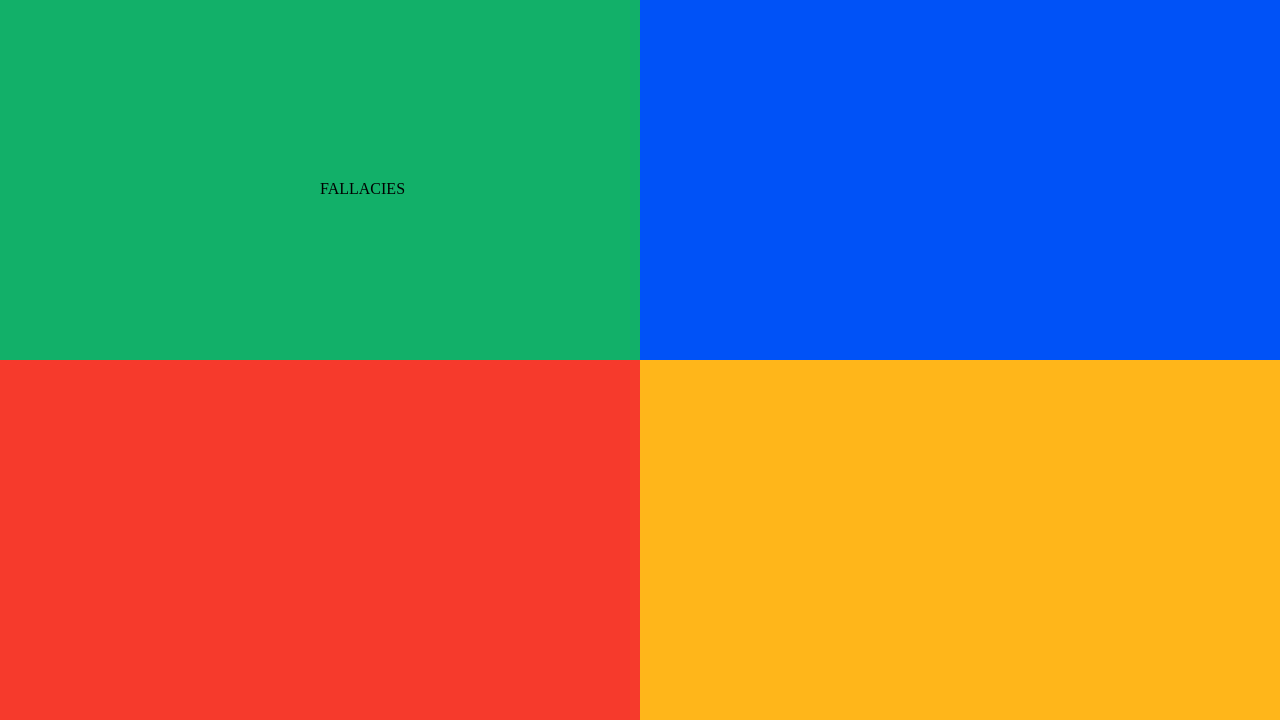
Repository: yafugray/fallacies
Page: project/Midterm project/index.html
An editor plug-in stored every save of this project. The page is shown before and after a run of saves, followed by the edit.
The browser window is 1280 px wide. The pictures show the whole page.

Above is the page before, as saved 2020-03-12 14:47:40.

### project/Midterm project/index.html
<!DOCTYPE html>
<html lang="en">
<head>
    <meta charset="UTF-8">
    <meta name="viewport" content="width=device-width, initial-scale=1.0">
    <title>Fallacies</title>
    <link href="app.css" rel="stylesheet">
</head>
<body>
    <div id="Mainpage">
        <div id="rec1"></div>
        <div id="rec2"></div>
        <div id="rec3"></div>
        <div id="rec4"></div>
        <div id="group1">
            <div class="ellipse">
                <ellipse fill="rgba(248,140,160,1)" id="Ellipse_8" rx="493" ry="238" cx="493" cy="238">
                </ellipse>
            </div>
            <div id="fallacies">
                <span>FALLACIES</span>
            </div>
        </div>
    </div>
</body>
</html>

### project/Midterm project/app.css
* {
    margin: 0;
    padding: 0;
    box-sizing: border-box;
    border: none;
}

#Mainpage {
    position: absolute;
    width: 100vw;
    height: 100vh;
    background-color: azure;
    overflow: hidden;
}
@keyframes fadein {

    0% {
        opacity: 0;
    }
    100% {
        opacity: 1;
    }

}

#rec1 {
	position: absolute;
	overflow: visible;
	width: 50vw;
	height: 50vh;
	left: 0px;
    top: 0px;
    background-color: rgba(18,176,105,1);
}
#rec4 {
	position: absolute;
	overflow: visible;
	width: 50vw;
	height: 50vh;
	left: 0px;
    bottom: 0px;
    background-color: rgba(246,58,44,1);
}
#rec2 {
	position: absolute;
	overflow: visible;
	width: 50vw;
	height: 50vh;
	right: 0px;
    top: 0px;
    background-color: rgba(0,82,247,1);
}
#rec3 {
	position: absolute;
	overflow: visible;
	width: 50vw;
	height: 50vh;
	right: 0px;
    bottom: 0px;
    background-color: rgba(255,182,26,1);
}

#group1 {
    position: absolute;
	width: 70vw;
	height: 35vh;
    left: 25%;
    right: 25%;
    top: 25%;
    bottom: 25%;
	overflow: visible;
	--web-animation: fadein 0.3s ease-out;
	--web-action-type: page;
	--web-action-target: custom___2.html;
	cursor: pointer;
}

#ellipse {
    filter: drop-shadow(0px 5px 20px rgba(0, 0, 0, 0.161));
	position: absolute;
	overflow: visible;
	width: 1046px;
	height: 536px;
    left: 0px;
    right:0px;
    top: 0px;
    background-color: rgba(248,140,160,1);
}

After the next 2 saves:
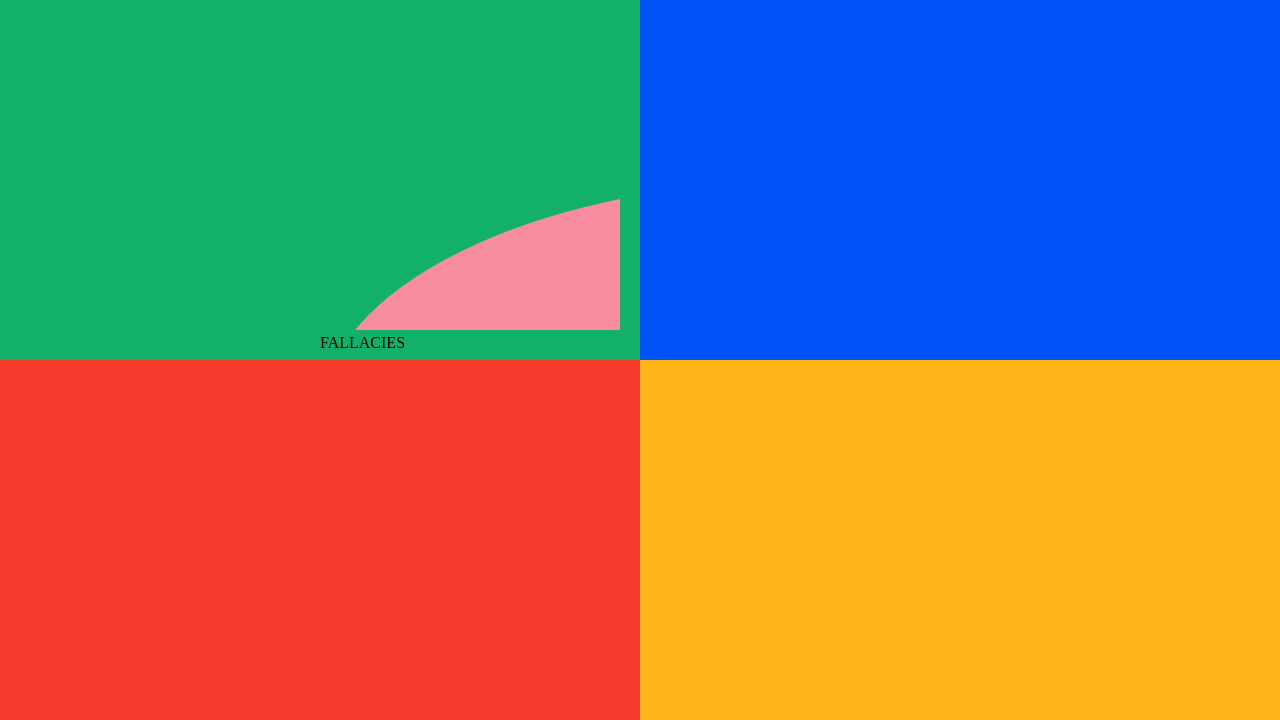
The 2 saves are shown as one change because they came seconds apart.
The last was saved 21 s later.
--- a/project/Midterm project/index.html
+++ b/project/Midterm project/index.html
@@ -13,10 +13,10 @@
         <div id="rec3"></div>
         <div id="rec4"></div>
         <div id="group1">
-            <div class="ellipse">
+            <svg class="ellipse">
                 <ellipse fill="rgba(248,140,160,1)" id="Ellipse_8" rx="493" ry="238" cx="493" cy="238">
                 </ellipse>
-            </div>
+            </svg>
             <div id="fallacies">
                 <span>FALLACIES</span>
             </div>
